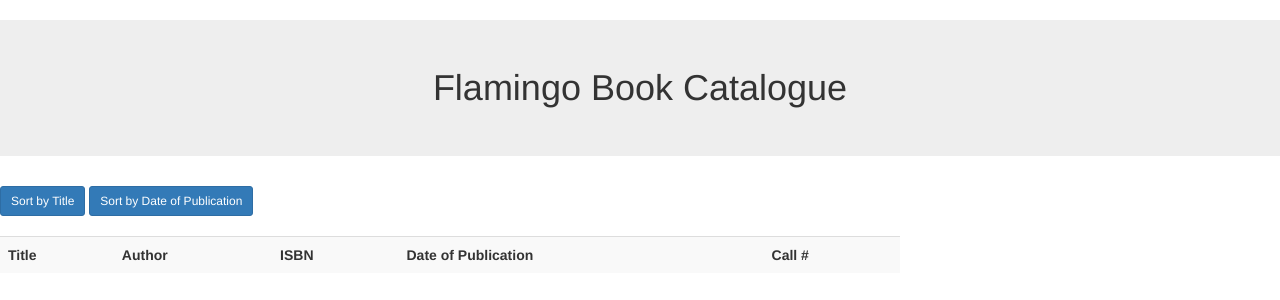
Repository: avega15/Library-Database
Page: http://localhost/main
An editor plug-in stored every save of this project. The page is shown before and after the next save, followed by the edit.
The browser window is 1280 px wide. The pictures show the whole page.
The page is this project's Thymeleaf template; nobody is signed in. The template is opened directly, without the code that normally fills it, so the values that code supplies are empty.

Above is the page before, as saved 2021-04-22 23:00:17.

After the next save:
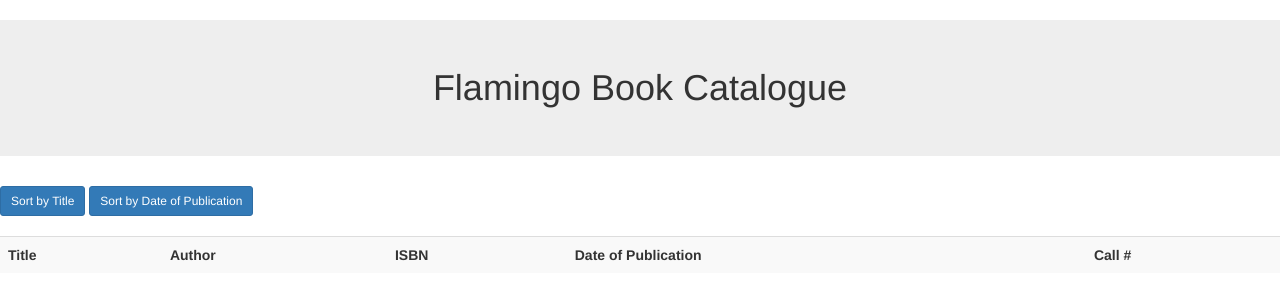
Saved 51 s later.
--- a/demo/src/main/resources/templates/main.html
+++ b/demo/src/main/resources/templates/main.html
@@ -24,7 +24,7 @@
 	<br/>
 	<br/>
 
-	<table class="table table-striped" style="width:900px;">
+	<table class="table table-striped">
 		<tr>
 			<th scope="col" onclick="window.location.href='titleSort';">Title</th>
 			<th scope="col">Author</th>
